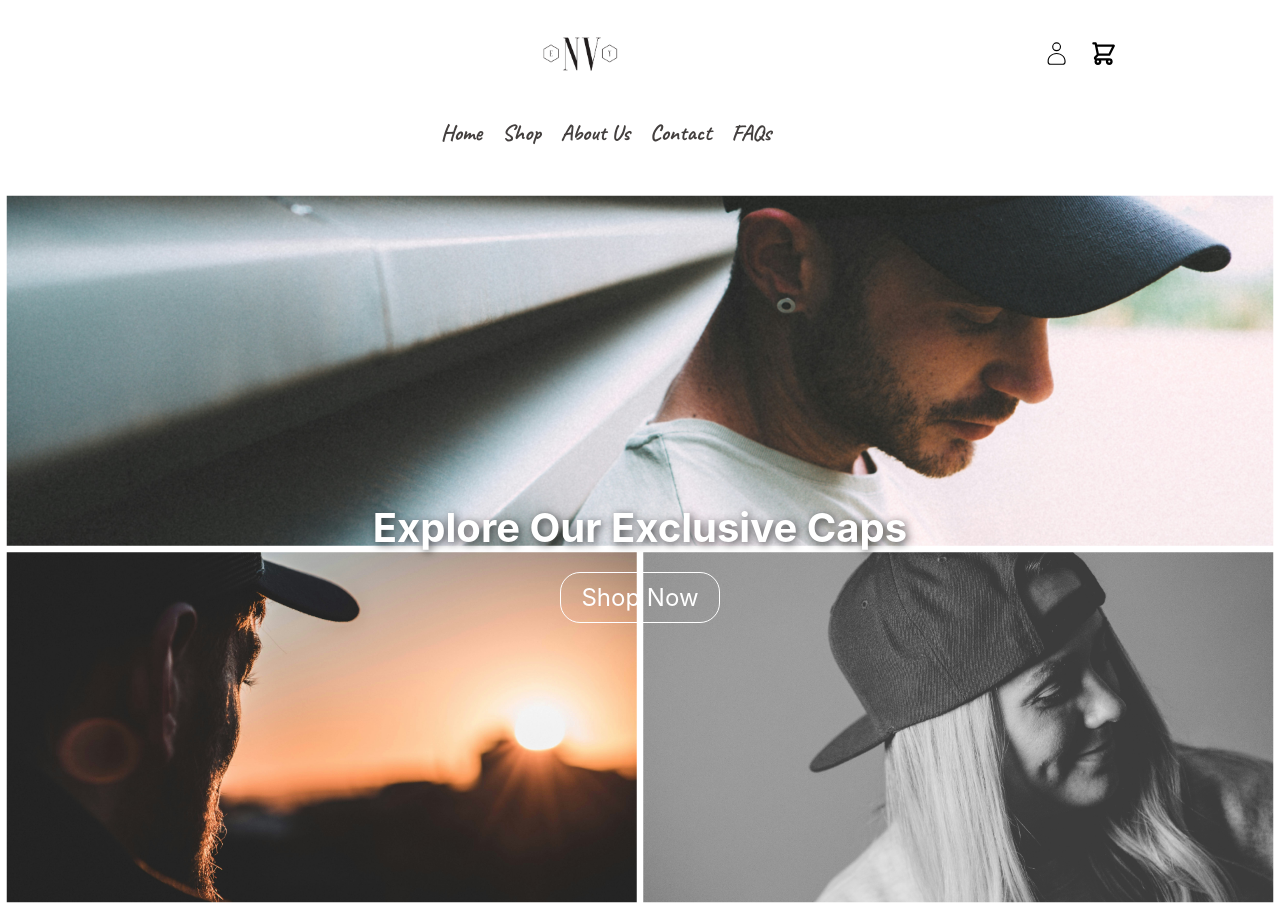
Repository: lasity34/new-envy
Page: / (app in my-new-envy/)
The author's editor kept a copy of each file at every save. The page is drawn from the files as they stood at one save, then again after the next save.
The browser window is 1280 px wide. The pictures show the whole page.
The project was rebuilt for these pictures with package versions that can differ from the ones it lists, and the page was loaded fresh each time.

Above is the page before, as saved 2024-04-22 10:27:57.

After the next save:
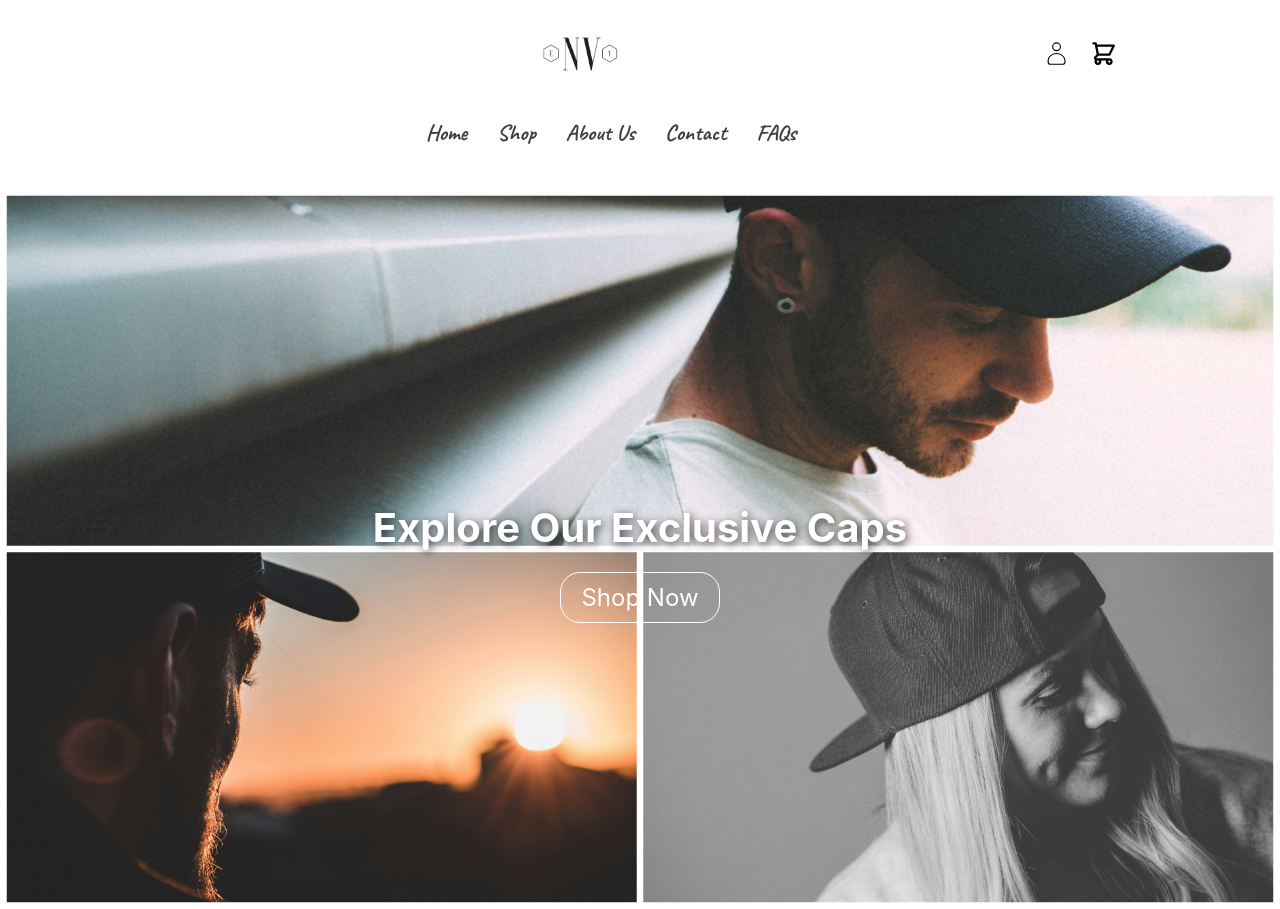
Saved 4 min 13 s later.
--- a/my-new-envy/src/components/Header.tsx
+++ b/my-new-envy/src/components/Header.tsx
@@ -78,7 +78,7 @@ const IconNavLink = styled.li`
 
 const NavLink = styled.li`
   position: relative;
-  margin-left: 20px;
+  margin-left: 30px;
 
   a {
     color: #433f3e;
